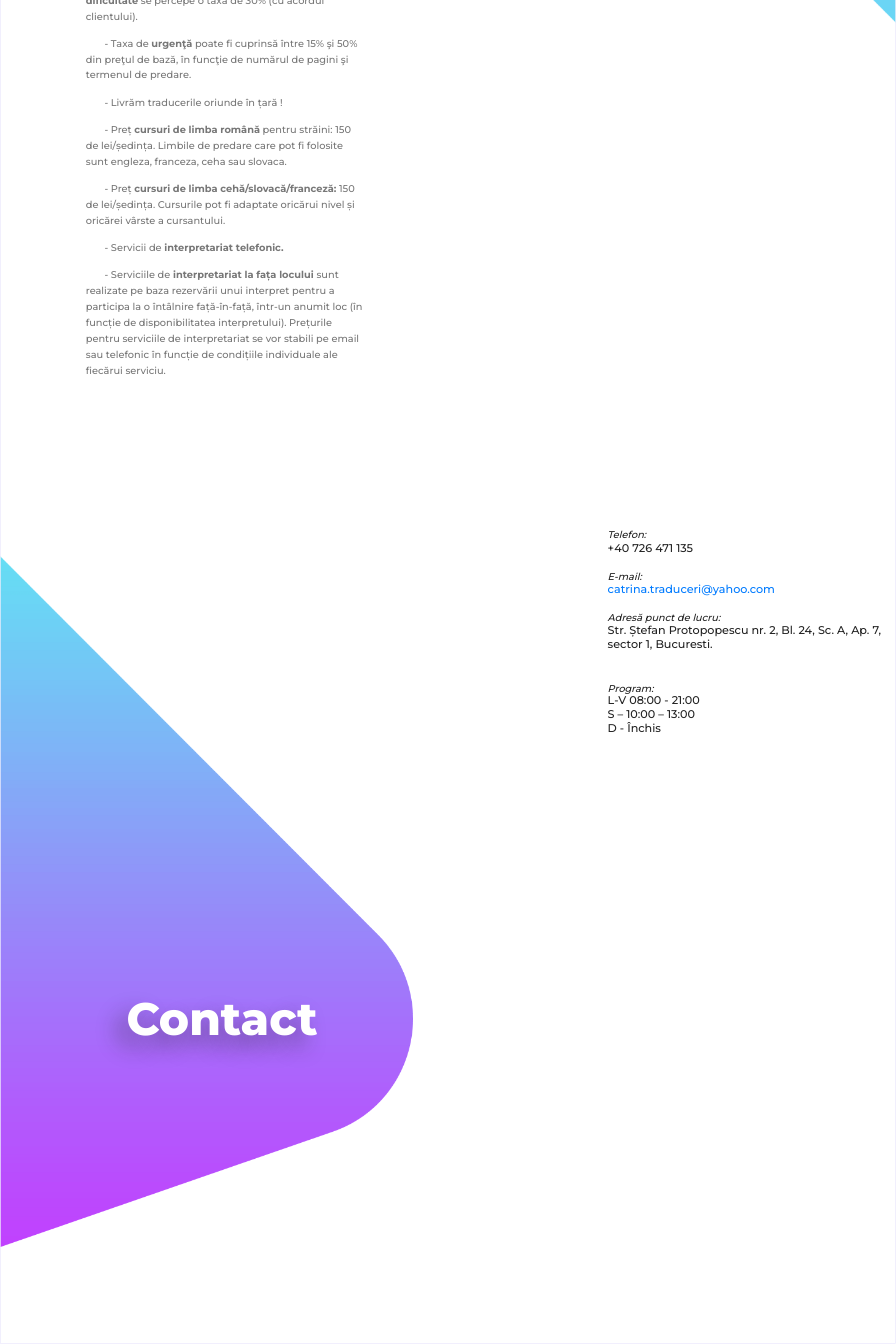
Repository: roscaImarius/site_traduceri
Page: index.html
These files come from the project's save history. The page is drawn as it stood at one moment and after the next save; the edit follows.
The browser window is 1280 px wide. The pictures show the part of the page from y = 4490 to 6410 px (the page is 6410 px tall), at 70% of full size.

Above is the page before, as saved 2022-03-22 03:43:49.

After the next save:
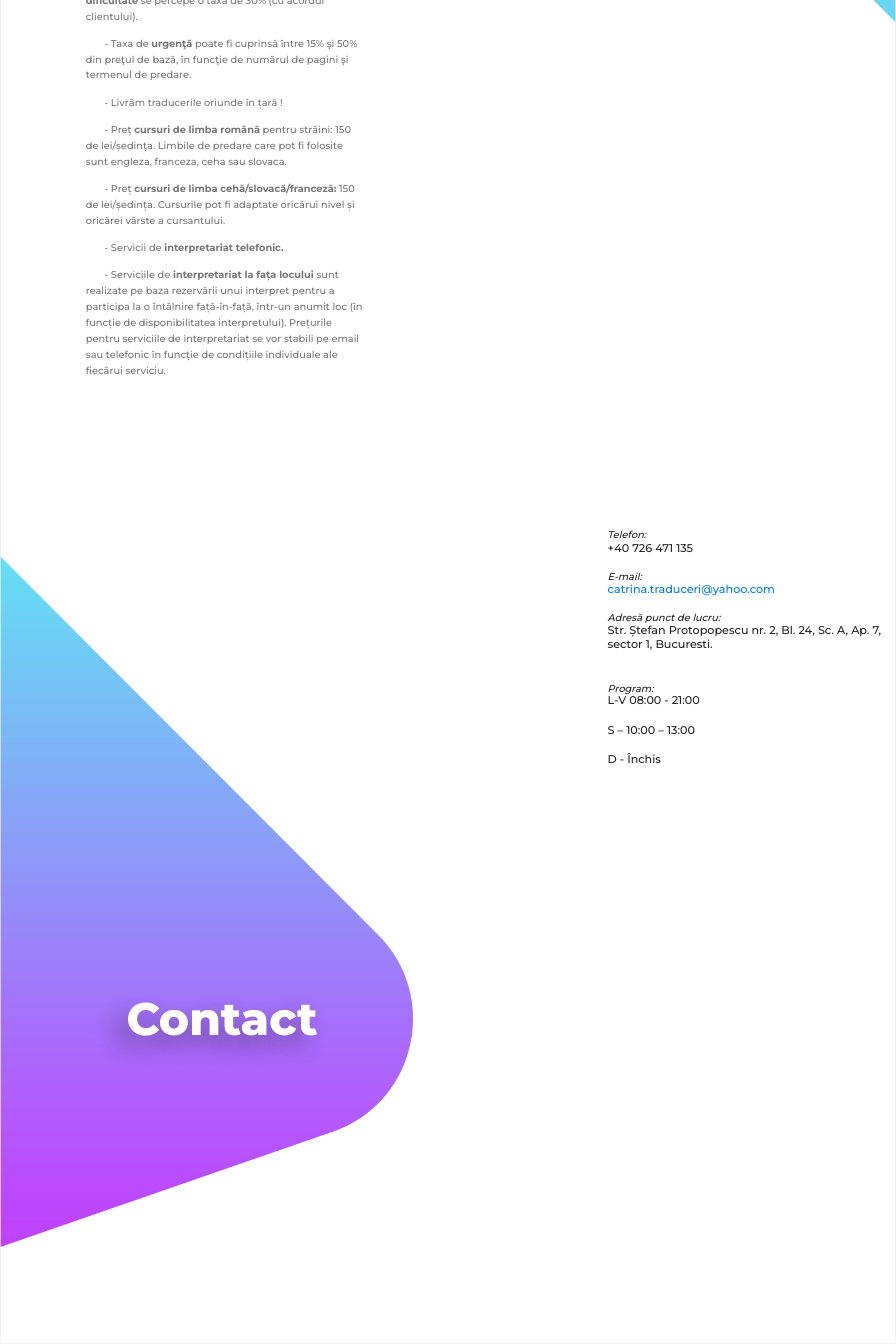
Saved 13 s later.
--- a/index.html
+++ b/index.html
@@ -365,8 +365,8 @@
               <br>
 
               <h6><i>Program:</i></h6>
-              <h5>L-V 08:00 - 21:00 </h5>
-              <h5>S – 10:00 – 13:00</h5>
+              <h5>L-V 08:00 - 21:00 </h5><br>
+              <h5>S – 10:00 – 13:00</h5><br>
               <h5>D - Închis</h5>
             </div>
 
